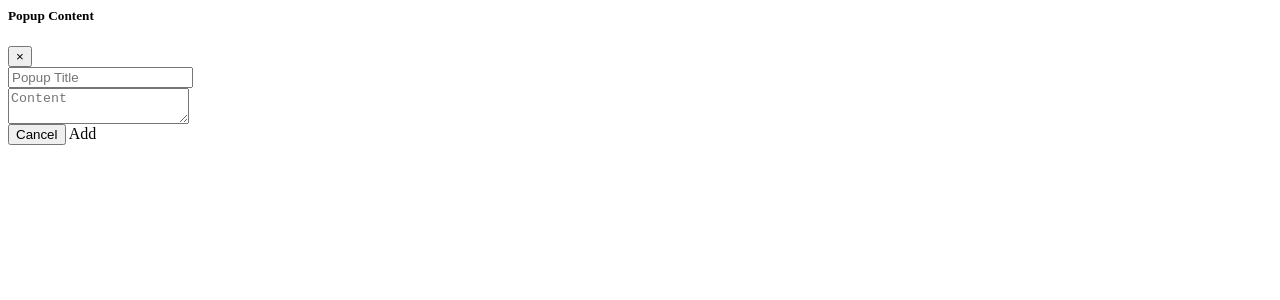
Repository: aache/alhayat
Page: http://localhost/admin/add_popup.php
These files come from the project's save history. The page is drawn as it stood at one moment and after the next save; the edit follows.
The browser window is 1280 px wide. The pictures show the whole page.
The page is run by PHP 8.4 with error messages shown; the project is at /var/www/html/.

Above is the page before, as saved 2019-04-21 15:28:34.

After the next save:
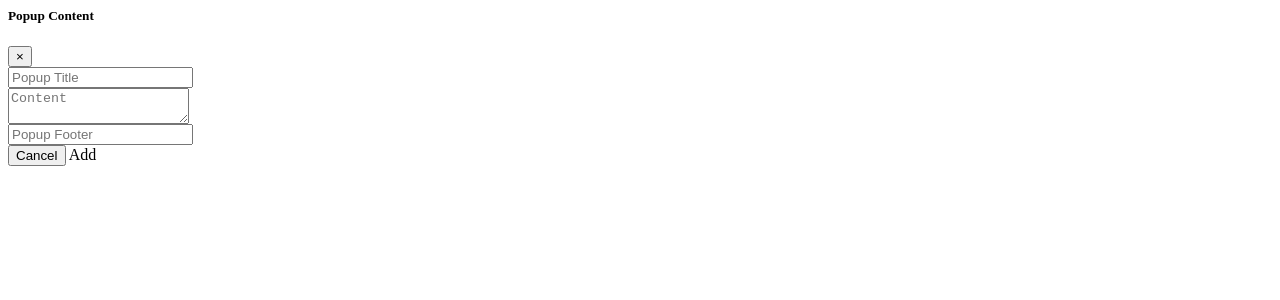
Saved 10 min 28 s later.
--- a/admin/add_popup.php
+++ b/admin/add_popup.php
@@ -14,7 +14,9 @@
             <div class="col-md-8 m-2">
                 <textarea name="popup_content"  id="popup_content" placeholder="Content"  class="form-control"></textarea>
             </div>
-
+            <div class="col-md-8 m-2">
+            <input type="text" name="popup_footer" id="popup_footer" placeholder="Popup Footer" class="form-control"/>
+            </div>
         </div>
         <div class="modal-footer">
           <button class="btn btn-secondary" type="button" data-dismiss="modal">Cancel</button>
